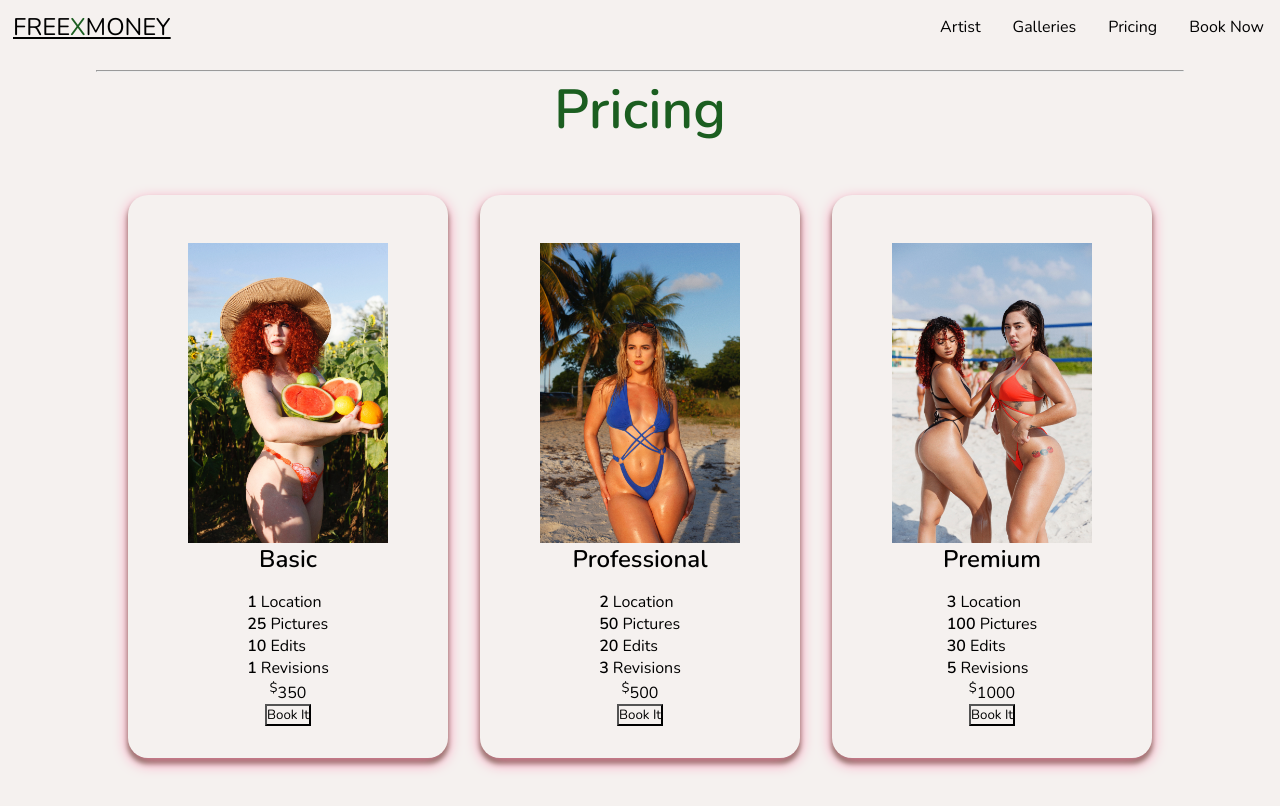
Repository: burntaftermint/freexmoney-draft
Page: price.html
An editor plug-in stored every save of this project. The page is shown before and after the next save, followed by the edit.
The browser window is 1280 px wide. The pictures show the whole page.
Some web fonts or font styles are not loaded; a fallback is used.

Above is the page before, as saved 2024-06-11 01:59:33.

After the next save:
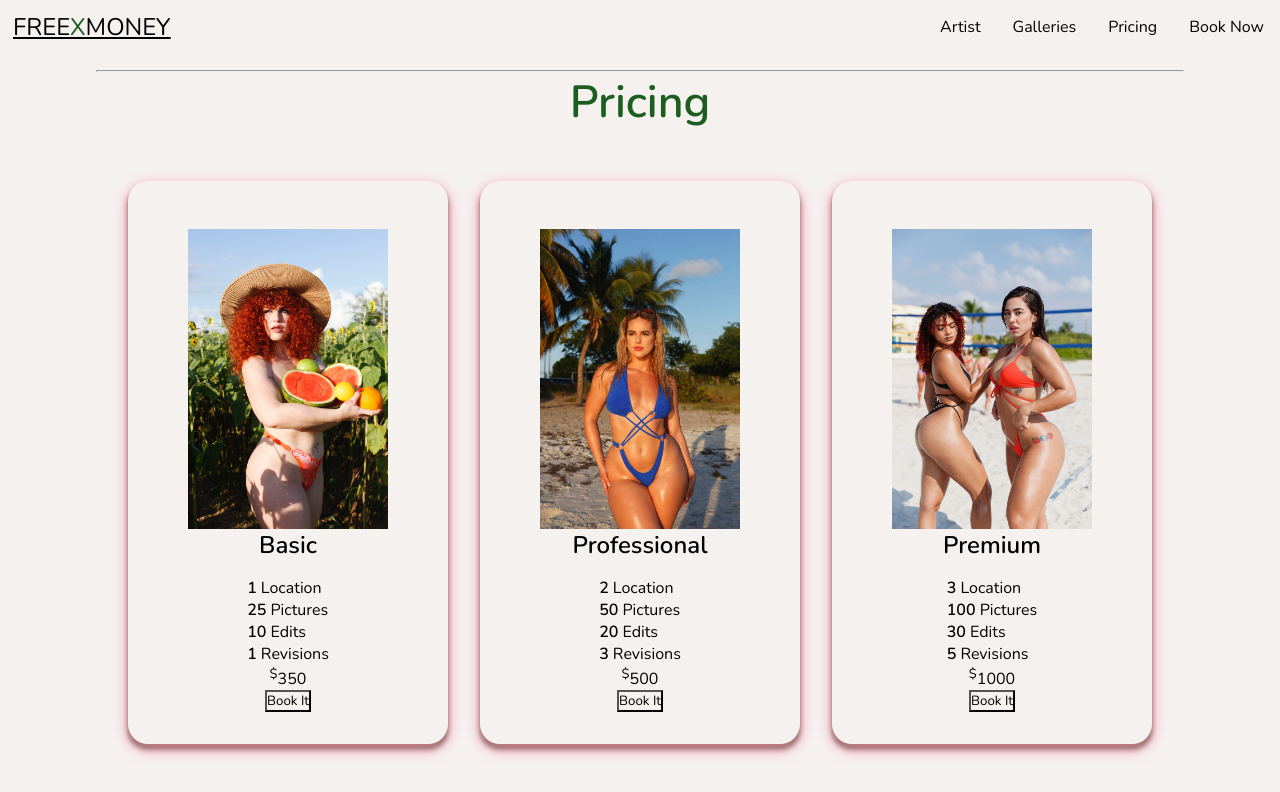
Saved 20 s later.
--- a/style.css
+++ b/style.css
@@ -159,7 +159,7 @@ hr {
 
 .galleryh1 {
     text-align: center;
-    font-size: 55px;
+    font-size: 45px;
     color: #1b5e20;
 }
 
